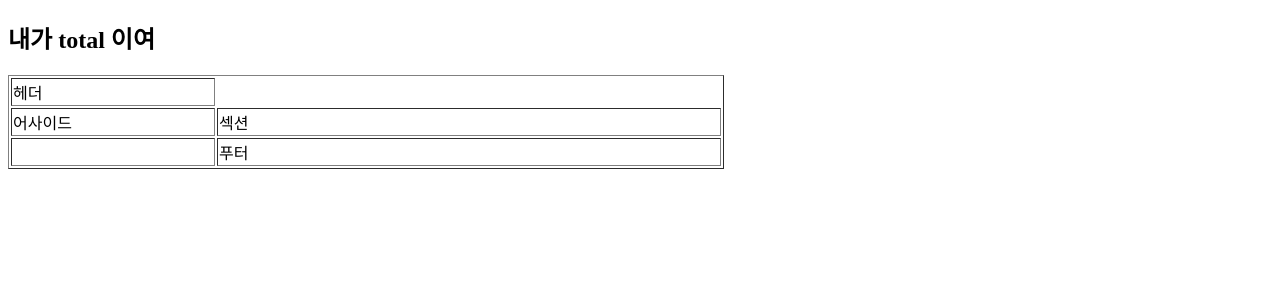
Repository: Yousehyeon/spring_work
Page: stsMvcProj/src/main/webapp/views/thyme/inc/aside.html
These files come from the project's save history. The page is drawn as it stood at one moment and after the next save; the edit follows.
The browser window is 1280 px wide. The pictures show the whole page.

Above is the page before, as saved 2023-08-24 02:21:35.

### stsMvcProj/src/main/webapp/views/thyme/inc/aside.html
<!DOCTYPE html>
<html xmlns="http://www.thymeleaf.org">
<head>
<meta charset="UTF-8">
<!--lalala 입니다 : 로 출력
total 입니다 는 출력되지 않음
-->
<title>total 입니다</title>
</head>
<body>
<h2>내가 total 이여</h2>
<table border="">
	<tr>
		<td colspasn="2">헤더</td>
	</tr>
	<tr>
		<td width="200px" >어사이드</td>
		<td width="500px">섹션</td>
	</tr>
	<tr>
		<td>
			<td colspan="2">푸터</td>
		</td>
	</tr>
</table>
</body>
</html>

After the next save:
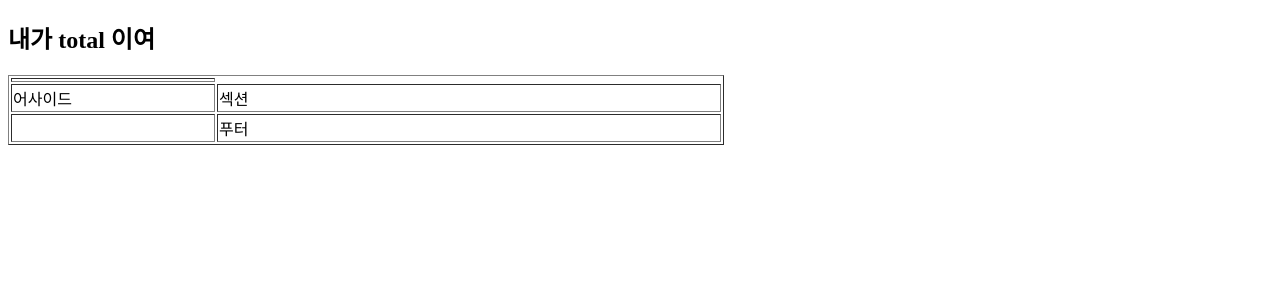
Saved 22 min 31 s later.
--- a/stsMvcProj/src/main/webapp/views/thyme/inc/aside.html
+++ b/stsMvcProj/src/main/webapp/views/thyme/inc/aside.html
@@ -11,7 +11,7 @@ total 입니다 는 출력되지 않음
 <h2>내가 total 이여</h2>
 <table border="">
 	<tr>
-		<td colspasn="2">헤더</td>
+		<td colspasn="2" th:replace></td>
 	</tr>
 	<tr>
 		<td width="200px" >어사이드</td>
